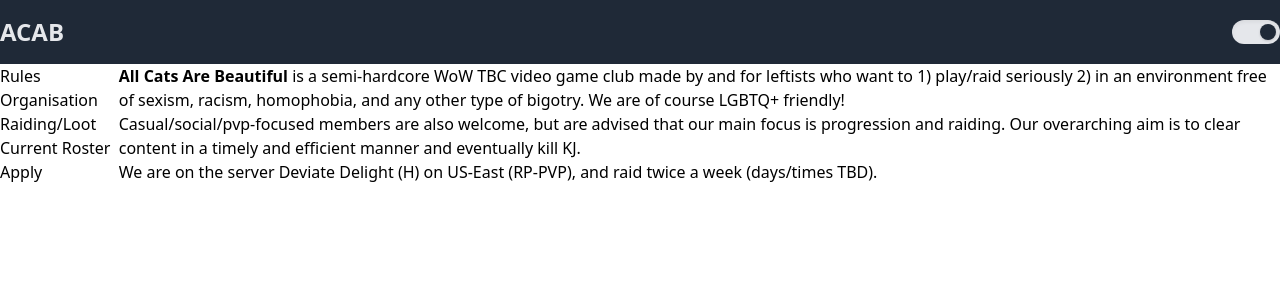
Repository: eaang/catguild_frontend
Page: /
The author's editor kept a copy of each file at every save. The page is drawn from the files as they stood at one save, then again after the next save.
The browser window is 1280 px wide. The pictures show the whole page.
The project was rebuilt for these pictures with package versions that can differ from the ones it lists, and the page was loaded fresh each time. The framework's server and built-in components were replaced by stand-ins that run in the browser. Also part of the build but not shown: nuxt.config.js, components/ContentBox.vue, components/ContentEditor.vue, components/ImageBox.vue, components/SidebarMain.vue, components/SidebarSub.vue, components/TheFoooter.vue, components/icons/ChevronDown.vue and 19 more. Imported but missing from the stored project, and not drawn on this page: apollo/queries/categories/category.

Above is the page before, as saved 2021-04-02 18:48:27.

### components/TheHeader.vue
<template>
  <div
    class="w-full h-16 flex items-center bg-gray-200 dark:bg-gray-800 transition duration-200"
  >
    <div class="container flex justify-between items-center">
      <div class="left-side">
        <nuxt-link to="/"
          ><div class="text-2xl font-bold text-gray-800 dark:text-gray-200">
            ACAB
          </div></nuxt-link
        >
      </div>
      <div class="right-side">
        <div @click="changeTheme">
          <ToggleButton :is-active="thisTheme" />
        </div>
      </div>
    </div>
  </div>
</template>

<script>
export default {
  data() {
    return {
      thisTheme: false,
    }
  },
  methods: {
    changeTheme() {
      this.thisTheme = !this.thisTheme
      this.$nuxt.$emit('change-theme')
    },
  },
}
</script>

### components/TheSidebar.vue
<template>
  <div class="">
    <div>Rules</div>
    <div>Organisation</div>
    <div>Raiding/Loot</div>
    <div>Current Roster</div>
    <div>Apply</div>
  </div>
</template>

<script>
export default {}
</script>

### components/ToggleButton.vue
<template>
  <div
    class="w-12 h-6 px-1 rounded-full grid justify-items-auto items-center shadow-inner transition duration-200"
    :class="{ 'bg-gray-800': currentStatus, 'bg-gray-200': !currentStatus }"
  >
    <transition name="left">
      <div
        v-if="currentStatus"
        class="bg-gray-200 w-4 h-4 rounded-full shadow justify-self-start shadow-"
      ></div>
    </transition>
    <transition name="right">
      <div
        v-if="!currentStatus"
        class="bg-gray-800 w-4 h-4 rounded-full shadow justify-self-end"
      ></div>
    </transition>
  </div>
</template>

<script>
export default {
  props: {
    isActive: {
      type: Boolean,
      default: false,
    },
  },
  computed: {
    currentStatus() {
      return this.isActive
    },
  },
}
</script>

<style scoped>
.left-enter-active,
.left-leave-enter {
  transform: translateX(0);
  transition: all 0.2s linear;
}
.left-enter,
.left-leave-to {
  transform: translateX(100%);
}
.right-enter-active,
.right-leave-enter {
  transform: translateX(0);
  transition: all 0.2s linear;
}
.right-enter,
.right-leave-to {
  transform: translateX(-100%);
}
</style>

### layouts/default.vue
<template>
  <div class="relative pt-16 h-screen" :class="{ dark: darkTheme }">
    <TheHeader class="absolute inset-x-0 top-0" />
    <div class="container">
      <div class="flex">
        <TheSidebar class="w-48 h-full" />
        <Nuxt />
      </div>
      <TheFooter />
    </div>
  </div>
</template>

<script>
export default {
  data() {
    return {
      darkTheme: true,
    }
  },
  created() {
    this.$nuxt.$on('change-theme', () => {
      this.darkTheme = !this.darkTheme
    })
  },
}
</script>

### pages/index.vue
<template>
  <div>
    <p>
      <strong> All Cats Are Beautiful </strong>
      is a semi-hardcore WoW TBC video game club made by and for leftists who
      want to 1) play/raid seriously 2) in an environment free of sexism,
      racism, homophobia, and any other type of bigotry. We are of course LGBTQ+
      friendly!
    </p>
    <p>
      Casual/social/pvp-focused members are also welcome, but are advised that
      our main focus is progression and raiding. Our overarching aim is to clear
      content in a timely and efficient manner and eventually kill KJ.
    </p>
    <p>
      We are on the server Deviate Delight (H) on US-East (RP-PVP), and raid
      twice a week (days/times TBD).
    </p>
  </div>
</template>

<script>
export default {}
</script>

### tailwind.config.js
module.exports = {
  purge: [
    './components/**/*.{vue,js}',
    './layouts/**/*.vue',
    './pages/**/*.vue',
    './plugins/**/*.{js,ts}',
    './nuxt.config.{js,ts}',
  ],
  darkMode: 'class', // or 'media' or 'class'
  theme: {
    container: {
      center: true,
    },
    extend: {},
  },
  variants: {
    extend: {},
  },
  plugins: [],
}

Loaded but not shown: assets/css/tailwind.css (common file); components/TheFooter.vue (common file)

After the next save:
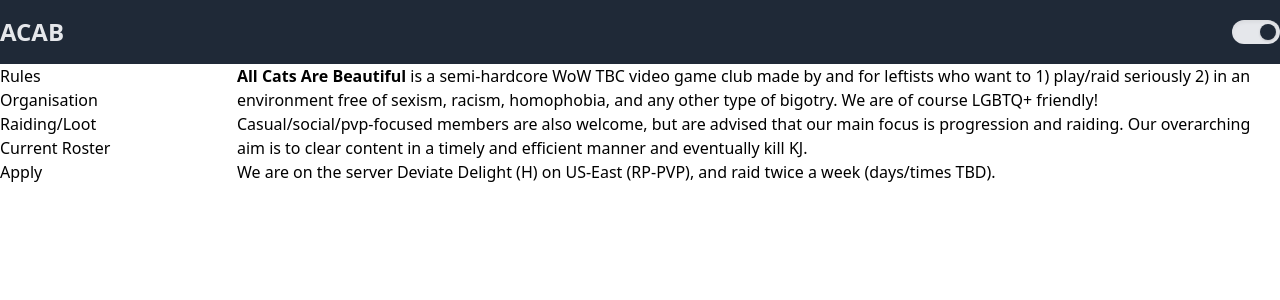
Saved 19 s later.
--- a/layouts/default.vue
+++ b/layouts/default.vue
@@ -3,7 +3,7 @@
     <TheHeader class="absolute inset-x-0 top-0" />
     <div class="container">
       <div class="flex">
-        <TheSidebar class="w-48 h-full" />
+        <TheSidebar class="w-4/12 h-full" />
         <Nuxt />
       </div>
       <TheFooter />
